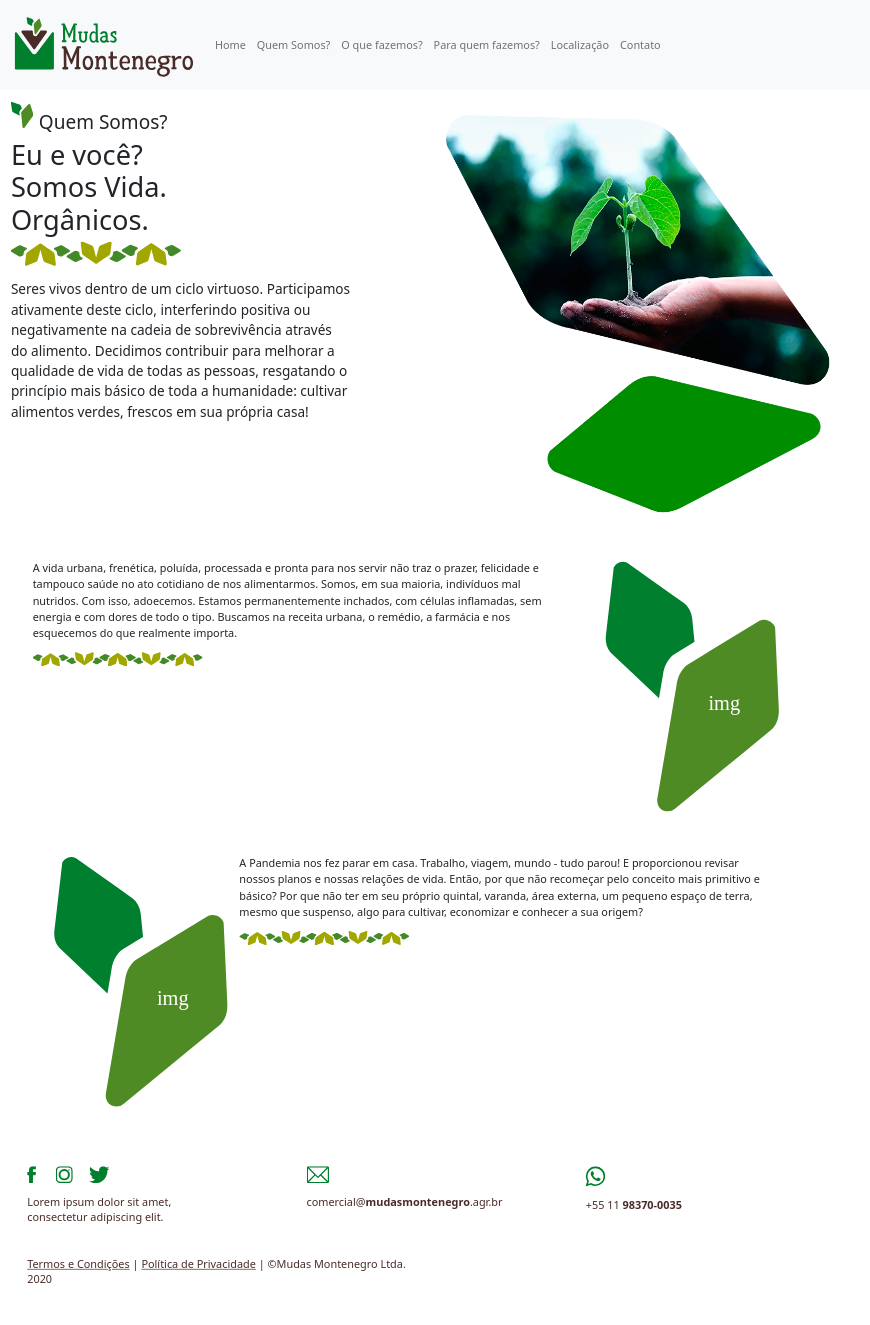
Repository: MaKnok/mudas-montenegro
Page: quem-somos.html
An editor plug-in stored every save of this project. The page is shown before and after the next save, followed by the edit.
The browser window is 1280 px wide. The pictures show the whole page, at 68% of full size.
Some web libraries are served in a nearby version.

Above is the page before, as saved 2021-06-16 17:27:37.

### quem-somos.html
<!DOCTYPE html>
<html lang="pt-br">

<head>
    <meta charset="utf-8">
    <meta name="viewport" content="width=device-width, initial-scale=1">
    <link rel="icon" type="image/png" href="img/icons/favicon.png"/>
    <title>Mudas Montenegro</title>
    <link href="https://cdn.jsdelivr.net/npm/bootstrap@5.0.1/dist/css/bootstrap.min.css" rel="stylesheet" integrity="sha384-+0n0xVW2eSR5OomGNYDnhzAbDsOXxcvSN1TPprVMTNDbiYZCxYbOOl7+AMvyTG2x" crossorigin="anonymous">
    <script src="https://use.fontawesome.com/releases/v5.0.8/js/all.js"></script>
    <link href="style.css" rel="stylesheet">
</head>

<body>

<!-- Navigation -->
<nav class="navbar navbar-expand-md navbar-light bg-light sticky-top">

  <div class="container-fluid">

    <a class="navbar-brand logo" href="index.html"><img src="img/logo_mudas_mont.svg" alt="Mudas Montenegro"></a>

    <button class="navbar-toggler" type="button" data-toggle="collapse" data-target="#navbarResponsive">
        <span class="navbar-toggler-icon"></span>
    </button>

    <div class="collapse navbar-collapse" id="navbarResponsive">
       <ul class="navbar-nav ml-auto">
            <li class="nav-item active">
              <a class="nav-link" href="index.html">Home</a>
          </li>
            <li class="nav-item">
              <a class="nav-link" href="quem-somos.html">Quem Somos?</a>
            </li>
            <li class="nav-item">
              <a class="nav-link" href="o-que-fazemos.html">O que fazemos?</a>
            </li>
            <li class="nav-item">
              <a class="nav-link" href="para-quem-fazemos.html">Para quem fazemos?</a>
            </li>
            <li class="nav-item">
              <a class="nav-link" href="localizacao.html">Localização</a>
            </li>
            <li class="nav-item">
              <a class="nav-link" href="contato.html">Contato</a>
            </li>
        </ul>
    </div>

  </div>

</nav>

<!--- Intro -->

<div class="container-fluid">

  <div class="row jumbotron section-top">

    <div class="col-xs-12 col-sm-12 col-md-4 col-lg-4 col-xl-5 content-top">

      <h3 class="page-title">Quem Somos?</h3>

      <h1 class="page-slogan">
        Eu e você?<br/>
        Somos Vida.<br/>
        Orgânicos.
      </h1>

      <img src="img/leaves_sections.svg" class="leaves-home">

      <p class="lead">
        Seres vivos dentro de um ciclo virtuoso. Participamos ativamente deste ciclo, interferindo positiva ou negativamente na cadeia de sobrevivência através do alimento. Decidimos contribuir para melhorar a qualidade de vida de todas
        as pessoas, resgatando o princípio mais básico de toda a humanidade: cultivar alimentos verdes, frescos em sua própria casa!
      </p>

    </div>

    <div class="col-xs-12 col-sm-12 col-md-8 col-lg-8 col-xl-7 image-top">

              <source srcset="img/leaves_desktop_img.webp 2x,img/leaves_desktop_img.webp"
              media="(min-width: 992px)"/>

              <img src="img/leaves_desktop_img.webp" class="img-fluid" alt="Muda">

    </div>

  </div>

</div>


<div class="wrapper">

  <div class="container-fluid padding">

  <div class="row content">

    <div class="col-xs-12 col-sm-12 col-md-7 col-lg-7 col-xl-8">
      <p>
      A vida urbana, frenética, poluída, processada e pronta para nos servir não traz o prazer, felicidade e tampouco saúde no ato cotidiano de nos alimentarmos. Somos, em sua maioria, indivíduos mal nutridos.  Com isso, adoecemos. Estamos permanentemente inchados, com células inflamadas, sem energia e com dores de todo o tipo.
      Buscamos na receita urbana, o remédio, a farmácia e nos esquecemos do que realmente importa.
      </p>
      <img src="img/leaves_section_longer.svg" class="leaves-home">
    </div>

    <div class="col-xs-12 col-sm-12 col-md-4 col-lg-4 col-xl-3">
      <img src="img/img_temp.svg" class="float-left" alt="Vida urbana">
    </div>

  </div>

  </div>


  <div class="container-fluid padding">

  <div class="row content pandemia">

    <div class="col-xs-12 col-sm-12 col-md-4 col-lg-4 col-xl-3 content-1">
        <img src="img/img_temp.svg" class="float-right" alt="Relações de Vida">
    </div>

    <div class="col-xs-12 col-sm-12 col-md-7 col-lg-7 col-xl-8 content-2">
        <p>
        A Pandemia nos fez parar em casa. Trabalho, viagem, mundo - tudo parou!
        E proporcionou revisar nossos planos e nossas relações de vida. Então, por que não recomeçar pelo conceito mais primitivo e básico? Por que não ter em seu próprio quintal, varanda, área externa, um pequeno espaço de terra, mesmo que suspenso, algo para cultivar, economizar e conhecer a sua origem?
        </p>
        <img src="img/leaves_section_longer.svg" class="leaves-home">
    </div>

  </div>

  </div>

</div>


<!--- Footer -->
<footer>

  <div class="container-fluid padding">

    <div class="row text-left">

      <div class="col-md-4">

        <ul class="social-icons">
            <li class="social-icon social-icon_first"><a href="#"><img src="img/icons/facebook.svg"></a></li>
            <li class="social-icon social-icon_second"><a href="#"><img src="img/icons/instagram.svg"></a></li>
            <li class="social-icon social-icon_third"><a href="#"><img src="img/icons/twitter.svg"></a></li>
        </ul>
        <p>Lorem ipsum dolor sit amet, <br/>consectetur adipiscing elit.</p>

      </div>

      <div class="col-md-4">

        <img src="img/icons/mail.svg" class="contact-icon">
        <p>comercial@<span class="phrase-bold">mudasmontenegro</span>.agr.br</p>

      </div>

      <div class="col-md-4">

        <img src="img/icons/whatsapp.svg" class="contact-icon contact-icon-zap">
        <p>+55 11 <span class="phrase-bold">98370-0035</span></p>

      </div>

    </div>

    <div class="row text-left">
        <div class="col-md-6">
          <p class="terms-conditions"><a href="#">Termos e Condições</a> | <a href="#">Política de Privacidade</a> | ©Mudas Montenegro Ltda. 2020 </p>
        </div>
    </div>

  </div>

</footer>

<script src="https://cdn.jsdelivr.net/npm/bootstrap@5.0.1/dist/js/bootstrap.bundle.min.js" integrity="sha384-gtEjrD/SeCtmISkJkNUaaKMoLD0//ElJ19smozuHV6z3Iehds+3Ulb9Bn9Plx0x4" crossorigin="anonymous"></script>

</body>
</html>

### style.css
@import url("https://fonts.googleapis.com/css2?family=Fira+Sans:ital,wght@0,200;0,300;0,400;0,500;0,600;0,700;1,200;1,300;1,400;1,500;1,600;1,700&display=swap");

/*---Media Queries --*/

html {
  -webkit-box-sizing: border-box;
  -moz-box-sizing: border-box;
  box-sizing: border-box;
}

*,
*:before,
*:after {
  -webkit-box-sizing: border-box;
  -moz-box-sizing: border-box;
  box-sizing: inherit;
}

@media (min-width: 992px) {
  .leaves-home {
    width: 250px;
    margin-bottom: 20px;
  }

  .logo {
    width: 280px;
  }

  .phrase-home {
    font-size: 35px;
    line-height: 45px;
  }

  .carousel-caption {
    width: 550px;
    z-index: 10;
    color: #fff;
    text-align: left;
    top: 40%;
    left: 10%;
    bottom: auto;
    -webkit-transform: translate(0, -50%);
    -ms-transform: translate(0, -50%);
    transform: translate(0, -50%);
  }
}

@media (max-width: 991.98px) {
  .leaves-home {
    width: 190px;
    margin-bottom: 15px;
  }

  .logo {
    width: 220px;
  }

  .phrase-home {
    font-size: 30px;
    line-height: 40px;
  }

  .carousel-caption {
    width: 400px;
    z-index: 10;
    color: #fff;
    text-align: left;
    top: 35%;
    left: 10%;
    bottom: auto;
    -webkit-transform: translate(0, -50%);
    -ms-transform: translate(0, -50%);
    transform: translate(0, -50%);
  }
}

@media (max-width: 767.98px) {
  .carousel-caption {
    width: 400px;
    z-index: 10;
    color: #fff;
    text-align: left;
    top: 35%;
    left: 10%;
    bottom: auto;
    -webkit-transform: translate(0, -50%);
    -ms-transform: translate(0, -50%);
    transform: translate(0, -50%);
  }

  .leaves-home {
    width: 190px;
    margin-bottom: 20px;
  }

  .logo {
    width: 220px;
  }

  .pandemia {
    display: flex;
  }

  .pandemia > .content-2 {
    order: -1;
  }

  .phrase-home {
    font-size: 25px;
    line-height: 35px;
  }

  .section-top {
    display: flex;
  }

  .section-top > .image-top {
    order: -1;
  }
}

@media (max-width: 575.98px) {
  .carousel-caption {
    width: 200px;
    z-index: 10;
    color: #fff;
    text-align: left;
    top: 50%;
    left: 8%;
    bottom: auto;
    -webkit-transform: translate(0, -50%);
    -ms-transform: translate(0, -50%);
    transform: translate(0, -50%);
  }

  .leaves-home {
    width: 130px;
    margin-bottom: 10px;
  }

  .logo {
    width: 180px;
  }

  .phrase-home {
    font-size: 16px;
    line-height: 24px;
  }
}

/*---Firefox Bug Fix --*/
.carousel-item {
  transition: -webkit-transform 0.5s ease;
  transition: transform 0.5s ease;
  transition: transform 0.5s ease, -webkit-transform 0.5s ease;
  -webkit-backface-visibility: visible;
  backface-visibility: visible;
  background-color: #000;
}

/*--- Fixed Background Image --*/
figure {
  position: relative;
  width: 100%;
  height: 60%;
  margin: 0 !important;
}

footer {
  background-color: #fff;
  color: #492b28;
  line-height: 22px;
  padding: 1.5rem;
}

ul,
ol,
li {
  list-style: none;
}

ul {
  padding-inline-start: 0;
}

.fixed-wrap {
  clip: rect(0, auto, auto, 0);
  position: absolute;
  top: 0;
  left: 0;
  width: 100%;
  height: 100%;
}

#fixed {
  background-image: url("img/mac.png");
  position: fixed;
  display: block;
  top: 0;
  left: 0;
  width: 100%;
  height: 100%;
  background-size: cover;
  background-position: center center;
  -webkit-transform: translateZ(0);
  transform: translateZ(0);
  will-change: transform;
}
/*--- Bootstrap Padding Fix --*/
[class*="col-"] {
  padding: 1rem;
}

.carousel-caption {
  text-align: left;
}

.contact-icon {
  margin-bottom: 16px;
}

.page-title {
  font-weight: ;
}

.page-title::before {
  content: "";
  display: inline-block;
  background-image: url(img/icons/leaves.svg);
  background-size: 33px 40px;
  width: 33px;
  height: 40px;
  margin-right: 8px;
}

.phrase-home {
  font-family: "Fira Sans", sans-serif;
}

.phrase-bold {
  font-weight: 600;
}

.picture-home {
  opacity: 0.7;
}

.section-top {
  background-color: #fff;
}

.social-icons {
  text-align: left;
}

.social-icon:not(:first-child) {
  margin-left: 20px;
}

.social-icon:first-child {
  margin-right: 5px;
}

.social-icon {
  display: inline-block;
}

.social-icon > a > img,
.contact-icon {
  height: 25px;
}

.contact-icon-zap {
  height: 30px;
}

.terms-conditions a {
  color: #492b28;
}

.wrapper {
  padding: 0 2em;
}

/*
Extra small (xs) devices (portrait phones, less than 576px)
No media query since this is the default in Bootstrap

Small (sm) devices (landscape phones, 576px and up)
@media (min-width: 576px) { ... }

Medium (md) devices (tablets, 768px and up)
@media (min-width: 768px) { ... }

Large (lg) devices (desktops, 992px and up)
@media (min-width: 992px) { ... }

Extra (xl) large devices (large desktops, 1200px and up)
@media (min-width: 1200px) { ... }
*/

After the next save:
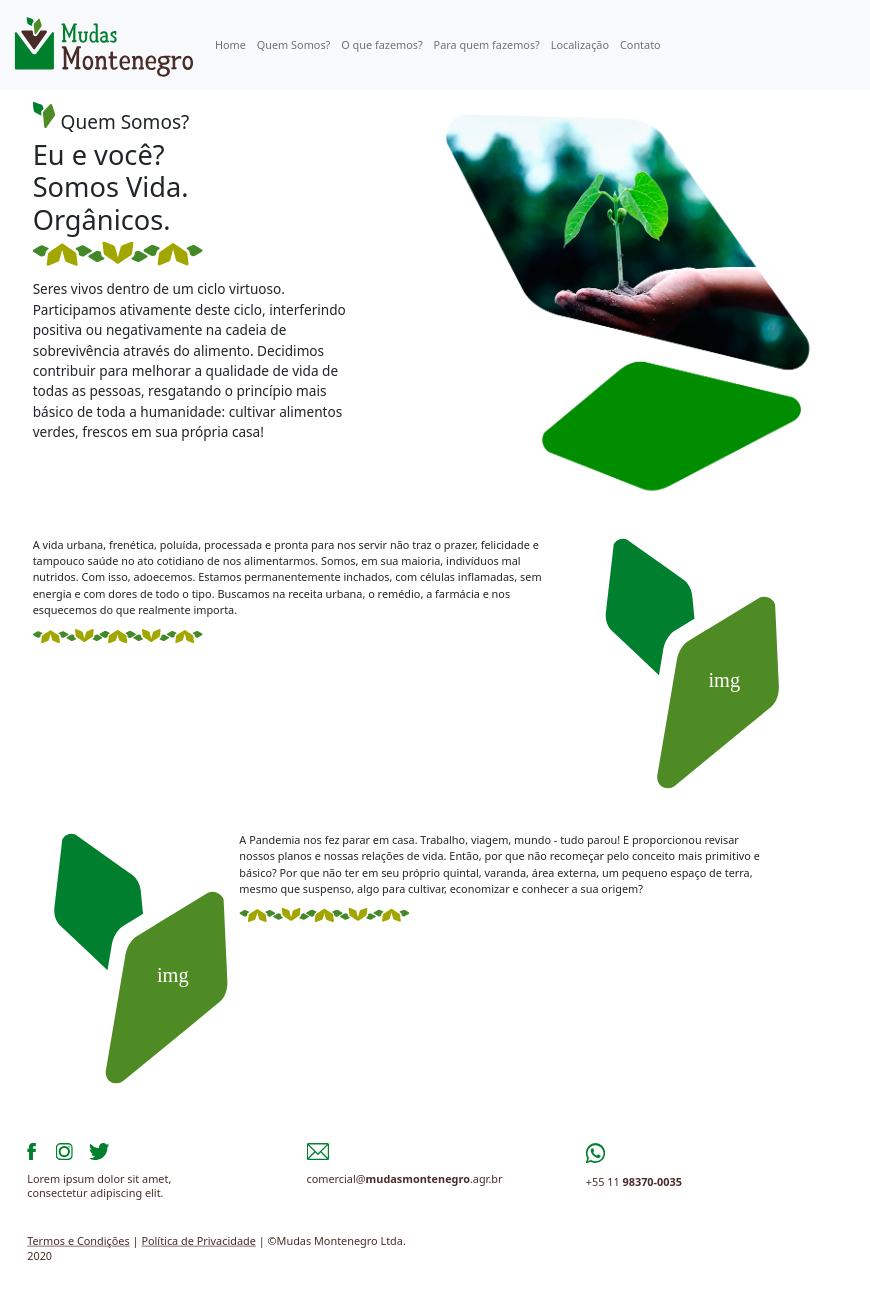
Saved 16 h 15 min later.
--- a/quem-somos.html
+++ b/quem-somos.html
@@ -53,35 +53,39 @@
 
 <!--- Intro -->
 
-<div class="container-fluid">
+<div class="wrapper">
 
-  <div class="row jumbotron section-top">
+  <div class="container-fluid">
 
-    <div class="col-xs-12 col-sm-12 col-md-4 col-lg-4 col-xl-5 content-top">
+    <div class="row jumbotron section-top">
 
-      <h3 class="page-title">Quem Somos?</h3>
+      <div class="col-xs-12 col-sm-12 col-md-4 col-lg-4 col-xl-5 content-top">
 
-      <h1 class="page-slogan">
-        Eu e você?<br/>
-        Somos Vida.<br/>
-        Orgânicos.
-      </h1>
+        <h3 class="page-title">Quem Somos?</h3>
 
-      <img src="img/leaves_sections.svg" class="leaves-home">
+        <h1 class="page-slogan">
+          Eu e você?<br/>
+          Somos Vida.<br/>
+          Orgânicos.
+        </h1>
 
-      <p class="lead">
-        Seres vivos dentro de um ciclo virtuoso. Participamos ativamente deste ciclo, interferindo positiva ou negativamente na cadeia de sobrevivência através do alimento. Decidimos contribuir para melhorar a qualidade de vida de todas
-        as pessoas, resgatando o princípio mais básico de toda a humanidade: cultivar alimentos verdes, frescos em sua própria casa!
-      </p>
+        <img src="img/leaves_sections.svg" class="leaves-home">
 
-    </div>
+        <p class="lead">
+          Seres vivos dentro de um ciclo virtuoso. Participamos ativamente deste ciclo, interferindo positiva ou negativamente na cadeia de sobrevivência através do alimento. Decidimos contribuir para melhorar a qualidade de vida de todas
+          as pessoas, resgatando o princípio mais básico de toda a humanidade: cultivar alimentos verdes, frescos em sua própria casa!
+        </p>
 
-    <div class="col-xs-12 col-sm-12 col-md-8 col-lg-8 col-xl-7 image-top">
+      </div>
 
-              <source srcset="img/leaves_desktop_img.webp 2x,img/leaves_desktop_img.webp"
-              media="(min-width: 992px)"/>
+      <div class="col-xs-12 col-sm-12 col-md-8 col-lg-8 col-xl-7 image-top">
 
-              <img src="img/leaves_desktop_img.webp" class="img-fluid" alt="Muda">
+                <source srcset="img/leaves_desktop_img.webp 2x,img/leaves_desktop_img.webp"
+                media="(min-width: 992px)"/>
+
+                <img src="img/leaves_desktop_img.webp" class="img-fluid" alt="Muda">
+
+      </div>
 
     </div>
 
